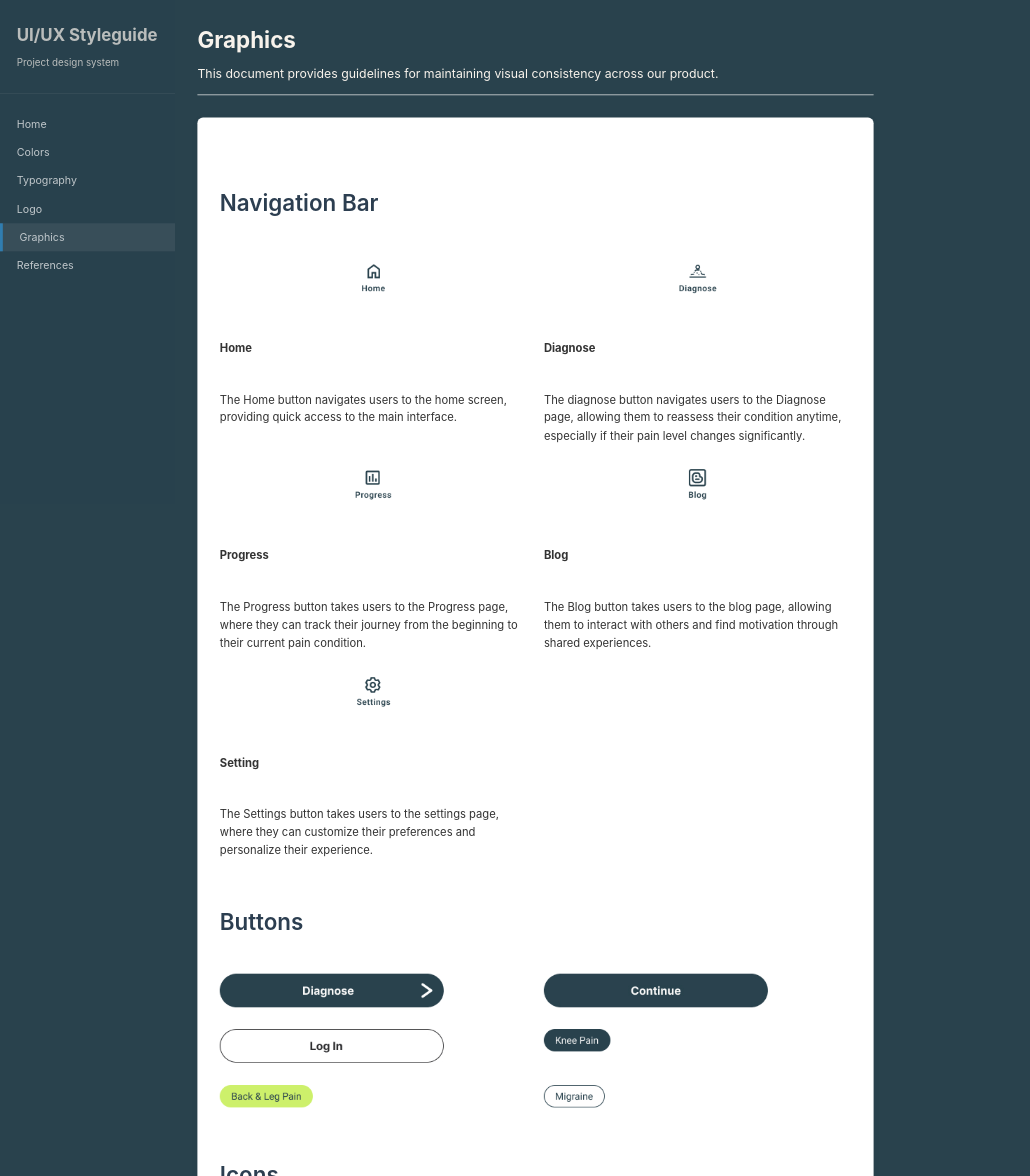
Repository: rosielee09/Heal_U
Page: graphics.html
The author's editor kept a copy of each file at every save. The page is drawn from the files as they stood at one save, then again after the next save.
The browser window is 1280 px wide. The page is 1472 px wide, so the pictures cover 1472 px, including what lies to the right of the window. The pictures show the part of the page from y = 0 to 1680 px (the page is 4807 px tall before and 4879 px after), at 70% of full size.

Above is the page before, as saved 2025-04-06 10:38:38.

### graphics.html
<!DOCTYPE html>
<html lang="en">
<head>
    <meta charset="UTF-8">
    <meta name="viewport" content="width=device-width, initial-scale=1.0">
    <link rel="stylesheet" href="styles.css">
    <title>Heal_U Styleguide</title>
</head>
<body>
    <div class="container">
        <!-- Sidebar Navigation -->
        <div class="sidebar">
            <div class="sidebar-header">
                <h1>UI/UX Styleguide</h1>
                <p>Project design system</p>
            </div>
            <ul class="nav">
                <li ><a href="index.html">Home</a></li>
                <li><a href="colors.html">Colors</a></li>
                <li><a href="typography.html">Typography</a></li>
                <li><a href="logo.html">Logo</a></li>
                <li class="active"><a href="graphics.html">Graphics</a></li>
                <li><a href="references.html">References</a></li>
            </ul>
        </div>

        <!-- Main Content - Home Page -->

        <div class="content">
            <header class="page-header">
                <h2>Graphics</h2>
                <p>This document provides guidelines for maintaining visual consistency across our product.</p>
            </header>


           <!-- SECTION 1: menu bar -->
           <div class="component">
            <div class="component-header">

                <section class="component-section">
                    <h3 class="component-title">Navigation Bar</h3>
                    <div class="graphic-grid">
                        <!-- home -->
                        <div class="graphic-item">
                            <img class="graphic-menu__icon" src="/img/graphic-menu/home.png" alt="home">
                            <div class="graphic-info">
                                <h4 class="graphic-title">Home</h4>
                                <div>The Home button navigates users to the home screen, providing quick access to the main interface.</div>
                            </div>
                        </div>
                        <!-- diagnose -->
                        <div class="graphic-item">
                            <img class="graphic-menu__icon" src="/img/graphic-menu/diagnose.png" alt="diagnose">
                            <div class="graphic-info">
                                <h4 class="graphic-title">Diagnose </h4>
                                <div>The diagnose button navigates users to the Diagnose page, allowing them to reassess their condition anytime, especially if their pain level changes significantly.</div>
                            </div>
                        </div>
                        <!-- Progress -->
                        <div class="graphic-item">
                            <img class="graphic-menu__icon" src="/img/graphic-menu/progress.png" alt="Progress">
                            <div class="graphic-info">
                                <h4 class="graphic-title">Progress </h4>
                                <div>
                                    The Progress button takes users to the Progress page, where they can track their journey from the beginning to their current pain condition.</div>
                            </div>
                        </div>

                        <!-- blog -->
                        <div class="graphic-item">
                            <img class="graphic-menu__icon" src="/img/graphic-menu/blog.png" alt="blog">
                            <div class="graphic-info">
                                <h4 class="graphic-title">Blog </h4>
                                <div>The Blog button takes users to the blog page, allowing them to interact with others and find motivation through shared experiences.</div>
                        </div>
                        </div>

                        <!-- Setting -->
                        <div class="graphic-item">
                            <img class="graphic-menu__icon" src="/img/graphic-menu/setting.png" alt="Setting">
                            <div class="graphic-info">
                                <h4 class="graphic-title">Setting </h4>
                                <div>The Settings button takes users to the settings page, where they can customize their preferences and personalize their experience.</div>

                    </div>
                </div>
            </div>

<!-- button section -->
                <section class="component-section">
                    <h3 class="component-title">Buttons </h3>

                    <div class="graphic-grid">
                          <!-- fill button -->
                        <div class="graphic-item">
                            <img class="graphic-button__icon" src="/img/Appovation - buttons/Button-fill-withIcon.png" alt="fill-icon">
                        </div>
                        <div class="graphic-item">
                            <img class="graphic-button__icon" src="/img/Appovation - buttons/Button-fill.jpg" alt="fill">
                        </div>
                        <div class="graphic-item">
                            <img class="graphic-button__icon" src="/img/Appovation - buttons/Button-outline.jpg" alt="outline">
                        </div>
                        <div class="graphic-item">
                            <img class="graphic-button__icon" src="/img/Appovation - buttons/chips-fill.png" alt="chips">
                        </div>
                        <div class="graphic-item">
                            <img class="graphic-button__icon" src="/img/Appovation - buttons/chips-highlighted.png" alt="chips-highlighted">
                        </div>
                        <div class="graphic-item">
                            <img class="graphic-button__icon" src="/img/Appovation - buttons/chips-outlined.png" alt="chips-outlined">
                        </div>
                    </div>
                </section>

            <section class="component-section">
                <h3 class="component-title">Icons </h3>
                <h4 class="graphic-title">User Setting</h4>
                <div class="graphic-item">
                    <img class="graphic-icons" src="/img/Appovation - icons/user setting icon.png" alt="pain_type_icon">
                </div>

                <h4 class="graphic-title">Type of Pain</h4>
                <div class="graphic-grid__icons">

                    <div class="graphic-item">
                        <img class="graphic-icons" src="/img/Appovation - icons/Icon-stabbing.png" alt="pain_type_icon">
                    </div>
                    <div class="graphic-item">
                        <img class="graphic-icons" src="/img/Appovation - icons/Icon-tingling.png" alt="pain_type_icon">
                    </div>
                    <div class="graphic-item">
                        <img class="graphic-icons" src="/img/Appovation - icons/Icon_Burning.png" alt="pain_type_icon">
                    </div>
                    <div class="graphic-item">
                        <img class="graphic-icons" src="/img/Appovation - icons/Icon_Cramps.png" alt="pain_type_icon">
                    </div>
                    <div class="graphic-item">
                        <img class="graphic-icons" src="/img/Appovation - icons/Icon_dull ache.png" alt="pain_type_icon">
                    </div>
                    <div class="graphic-item">
                        <img class="graphic-icons" src="/img/Appovation - icons/Icon_freezing.png" alt="pain_type_icon">
                    </div>
                    <div class="graphic-item">
                        <img class="graphic-icons" src="/img/Appovation - icons/Icon_Migrane.png" alt="pain_type_icon">
                    </div>
                    <div class="graphic-item">
                        <img class="graphic-icons" src="/img/Appovation - icons/Icon_neuralgia.png" alt="pain_type_icon">
                    </div>
                    <div class="graphic-item">
                        <img class="graphic-icons" src="/img/Appovation - icons/Icon_numbness.png" alt="pain_type_icon">
                    </div>
                    <div class="graphic-item">
                        <img class="graphic-icons" src="/img/Appovation - icons/Icon_thobbing.png" alt="pain_type_icon">
                    </div>

                </div>


                <h4 class="graphic-title">Pain Scale</h4>
                <div class="graphic-grid">

                    <div class="graphic-item">
                        <img class="graphic-icons" src="/img/Appovation - icons/Pain_difference-slider-green.png" alt="pain_scale_icon">
                    </div>
                    <div class="graphic-item">
                        <img class="graphic-icons" src="/img/Appovation - icons/Pain_difference-slider-mild.png" alt="pain_scale_icon">
                    </div>
                    <div class="graphic-item">
                        <img class="graphic-icons" src="/img/Appovation - icons/Pain_difference-slider-middle.png" alt="pain_scale_icon">
                    </div>
                    <div class="graphic-item">
                        <img class="graphic-icons" src="/img/Appovation - icons/Pain_difference-slider-less-severe.png" alt="pain_scale_icon">
                    </div>
                    <div class="graphic-item">
                        <img class="graphic-icons" src="/img/Appovation - icons/Pain_difference-slider-severe.png" alt="pain_scale_icon">
                    </div>
                </div>
                <div class="graphic-item-grid1">
                    <img class="graphic-icons" src="/img/Appovation - icons/progress pain scale.png" alt="pain_scale_icon">
                </div>

        </section>

        <section class="component-section">
            <h3 class="component-title">Illustrations</h3>

            <div class="graphic-grid-illustrations">
                  <!-- fill button -->
                <div class="graphic-item-illustrations">
                    <img class="graphic-illustrations" src="/img/Appovation - illustration set/5214865 1.png" >
                </div>
                <div class="graphic-item-illustrations">
                    <img class="graphic-illustrations" src="/img/Appovation - illustration set/AdobeStock_593962329 1.png">
                </div>
                <div class="graphic-item-illustrations">
                    <img class="graphic-illustrations" src="/img/Appovation - illustration set/exercise 2.png" >
                </div>
                <div class="graphic-item-illustrations">
                    <img class="graphic-illustrations" src="/img/Appovation - illustration set/Group 103.png" >
                </div>
                <div class="graphic-item-illustrations">
                    <img class="graphic-illustrations" src="/img/Appovation - illustration set/Group 84.png" >
                </div>
                <div class="graphic-item-illustrations">
                    <img class="graphic-illustrations" src="/img/Appovation - illustration set/Group 98.png" >
                </div>
            </div>
        </section>

        <section class="component-section">
            <h3 class="component-title">Images for Contents</h3>

            <div class="graphic-grid-images">
                <div class="graphic-item">
                    <img class="graphic-icons" src="/img/Appovation - images for contents/unsplash_GbomLmruCM8.png " alt="pain_type_icon">
                </div>
                <div class="graphic-item">
                    <img class="graphic-icons" src="/img/Appovation - images for contents/unsplash_gJtDg6WfMlQ.png" alt="pain_type_icon">
                </div>
                <div class="graphic-item">
                    <img class="graphic-icons" src="/img/Appovation - images for contents/unsplash_kFCdfLbu6zA.png" alt="pain_type_icon">
                </div>
                <div class="graphic-item">
                    <img height="200px" class="graphic-icons" src="/img/Appovation - images for contents/unsplash_PJ8C7JCqK0o-1.png" alt="pain_type_icon">
                </div>
                <div class="graphic-item">
                    <img height="200px" class="graphic-icons" src="/img/Appovation - images for contents/unsplash_PJ8C7JCqK0o.png" alt="pain_type_icon">
                </div>
        </section>

        <section class="component-section">
            <h3 class="component-title">Screens</h3>

            <div class="graphic-grid-images">
                <div class="graphic-item">
                    <img class="graphic-icons" src="/img/Appovation - screens/screen-dailypopup.png " alt="pain_type_icon">
                </div>
                <div class="graphic-item">
                    <img class="graphic-icons" src="/img/Appovation - screens/screen-survey.png" alt="pain_type_icon">
                </div>
                <div class="graphic-item">
                    <img class="graphic-icons" src="/img/Appovation - screens/screen-watchingtutorial.png" alt="pain_type_icon">
                </div>

        </section>


</body>
<script src="script.js"></script>
</html>

### styles.css
* {
    margin: 0;
    padding: 0;
    box-sizing: border-box;
}

body {
    font-family: 'Inter', -apple-system, BlinkMacSystemFont, 'Segoe UI', Roboto, Oxygen, Ubuntu, Cantarell, sans-serif;
    line-height: 1.6;
    color: #333;
    background: #29424D;

    margin: 0;
    padding: 0;
    width: 100vw;
    height: 100vh;


}

/* Layout */
.container {
    display: flex;
    min-height: 100vh;
}

/* Sidebar Navigation */
.sidebar {
    width: 250px;
    background-color: #29424D;
    color: #F8F3EC;
    padding: 2rem 0;
    position: fixed;
    height: 100vh;
    overflow-y: hidden;
    opacity: 0.7;
}


.sidebar-header {
    padding: 0 1.5rem 2rem;
    border-bottom: 1px solid rgba(255, 255, 255, 0.1);
}

.sidebar-header h1 {
    font-size: 1.5rem;
    font-weight: 700;
    margin-bottom: 0.5rem;
}

.sidebar-header p {
    font-size: 0.875rem;
    opacity: 1;
}

.nav {
    list-style: none;
    padding: 1.5rem 0;
}

.nav li {
    padding: 0.5rem 1.5rem;
}

.nav li.active {
    background-color: rgba(255, 255, 255, 0.1);
    border-left: 4px solid #3498db;
}

.nav a {
    color: #fff;
    text-decoration: none;
    display: block;
    font-size: 0.95rem;
    transition: all 0.2s;
}

.nav a:hover {
    opacity: 1;
}

/* Logo in Navbar */
/* Logo styling */
.logo {
    display: flex;
    align-items: left;
    gap: 10px;  /* Space between logo image and text */
    /* padding: 0 1.5rem;  Match your sidebar padding */
}

.logo img {
    width: 40px;
    height: auto;
}

.logo p {
    color: #F8F3EC;  /* Match your sidebar text color */
    font-weight: 700;
    font-size: 1.5rem;
    margin: 0;  /* Remove default paragraph margin */
    margin-bottom: 0.5rem;
}

/* Home page animation */
.body-homepage{
    overflow: hidden;
    position: relative;
    display: flex;
    align-items: center;
}
.animation--title {
    text-align: right;
    display: flex;
    flex-direction: column;
    justify-content: flex-end;
    margin-left: 45rem; /* Push to the right side */
    margin-right: 5%; /* Keep some space from the edge */
    width: 50%;
  }

  .animation--title-head {

    color: #F8F3EC;
    font-size: 8rem;
    line-height: 1.2;
    font-weight: bold;
    letter-spacing: 2px;
    font-family: 'Roboto', sans-serif;
    text-transform: uppercase;

  }

  .animation--title-subhead {
    color: #F8F3EC;
    font-size: 1.7rem;
    line-height: 1.5;
    font-family: 'Roboto', sans-serif;
    font-style: italic;
    margin-top: 2rem;
    margin-bottom: 2rem;
  }

  .animation--title-member {
    color: #F8F3EC;
    font-size: 1.4rem;
    line-height: 1.4;
    font-family: 'Roboto', sans-serif;

  }



  .blob {
    position: absolute;
    top: 0;
    left: 0;
    fill: #CFC4F4;
    width: 50vmax;
    z-index: -1;
    animation: move 10s ease-in-out infinite;
    transform-origin: 50% 50%;
  }

  @keyframes move {
    0%   { transform: scale(1)   translate(10px, -30px); }
    38%  { transform: scale(0.8, 1) translate(80vw, 30vh) rotate(160deg); }
    40%  { transform: scale(0.8, 1) translate(80vw, 30vh) rotate(160deg); }
    78%  { transform: scale(1.3) translate(0vw, 50vh) rotate(-20deg); }
    80%  { transform: scale(1.3) translate(0vw, 50vh) rotate(-20deg); }
    100% { transform: scale(1)   translate(10px, -30px); }
  }




/* Main Content */
.content {
    flex: 1;
    padding: 2rem;
    margin-left: 250px;
    max-width: calc(100% - 250px);
}

.page-header {
    margin-bottom: 2rem;
    padding-bottom: 1rem;
    border-bottom: 1px solid #eee;
}

.page-header h2 {
    font-size: 2rem;
    font-weight: 700;
    color: #F8F3EC;
    margin-bottom: 0.5rem;
}

.page-header p {
    color: #F8F3EC;
    font-size: 1.1rem;
}

/* Components Common Styles */
.component {
    background-color: #fff;
    border-radius: 8px;
    box-shadow: 0 2px 10px rgba(0, 0, 0, 0.05);
    padding: 2rem;
    margin-bottom: 2rem;
}

.component-section{
    margin-top: 3rem;
}

.component-header {
    margin-top: 1.5rem;
    margin-bottom: 1.5rem;
}

.component-title {
    font-size: 2rem;
    font-weight: 600;
    margin-top: 4rem;
    margin-bottom: 3rem;
    color: #2c3e50;
}

.component-description {
    color: #7f8c8d;
}


    /* Color Styles */
.color-grid {
    display: grid;
    grid-template-columns: repeat(auto-fill, minmax(300px, 1fr));
    gap: 1.5rem;
}

.color-grid__onlycolor {
    display: grid;
    grid-template-columns: repeat(auto-fill, minmax(300px, 2fr));
    gap: 1.5rem;
    align-items: center;
}

.color-grid__Accessiblilliy {
    display: grid;
    grid-template-columns: repeat(auto-fit, minmax(clamp(300px, 50%, 400px), 1fr));
    gap: 1.5rem;
}

.color-item {
    border-radius: 6px;
    overflow: hidden;
    box-shadow: 0 2px 5px rgba(0, 0, 0, 0.1);
}

.color-preview {
    height: 120px;
}

.color-info {
    padding: 1rem;
    background-color: #fff;
}

.color-name {
    font-weight: 600;
    margin-bottom: 0.25rem;
}

.color-value {
    font-family: monospace;
    color: #7f8c8d;
    font-size: 0.85rem;
}

.color__primary--preview{
    background-color: #29424D;
}

.color__secondary--preview{
    background-color: #CFC4F4;
}

.color__tertiary--preview {
    background-color: #F8F3EC;
}

.color__accent--preview{
    background-color: #CDF06B;
}

.color__success--preview{
    background-color: #138636;
}

.color__error--preview{
    background-color: #C32D2D;
}

.color__warning--preview{
    background-color: #FFBD11;
}

.color__info--preview{
    background-color: #4976BA;
}

.color__background--preview{
    background-color: #fff;
}

.color__text--preview{
    background-color: #2E2E30;
}

.color-accessiblillity-img {
    width: 100%;
    height: 70%;
}

.color-example-img{
    align-items: center;
}


/* Graphics */
.graphic-grid {
    display: grid;
    grid-template-columns: repeat(auto-fill, minmax(300px, 2fr));
    gap: 1.5rem;

}

/* section__icons */
.graphic-grid__icons{
    display: grid;
    grid-template-columns: repeat(5, 1fr);
    gap: 1.5rem;
}

.graphic-item{
   justify-items: center;

}


.graphic-menu__icon{
    margin: 10px;
}
.graphic-title{
    margin-top: 3rem;
    margin-bottom: 3rem;
}

.graphic-item-grid1{
    margin-top: 3rem;
}


/* section illustrations */
.graphic-grid-illustrations,
.graphic-grid-images{
    display: grid;
    grid-template-columns: repeat(3, 1fr);
    gap: 1.5rem;
}
.graphic-item-illustrations,
.graphic-illustrations{
    max-width: 200px;
    max-height: 200px;
}
.graphic-icons{
    border-radius: 20px;
}

/* Typography */

/* Import Roboto font with multiple weights */
@import url('https://fonts.googleapis.com/css2?family=Roboto:wght@400;500;700&display=swap');

.component-title-typography{
    color: #F8F3EC;
}

/* Table styling */
table {
  width: 100%;
  border-collapse: collapse;
  font-family: 'Roboto', sans-serif;
  margin: 2rem 0;
}

th {
  background-color: #f8f9fa;
  color: #212529;
  padding: 12px 16px;
  text-align: left;
  font-weight: 500;
  border-bottom: 2px solid #dee2e6;

}

td {
  padding: 16px;
  border-bottom: 1px solid #e9ecef;
  vertical-align: top;
}

/* Remove default list styling */
td li {
  list-style: none;
  margin: 4px 0;
  padding-left: 0;
}



.content-image {
  margin: auto;
  display: block;
  padding: 1rem;
}

.center {
  text-align: center;
}



.typography-item {
    margin-bottom: 2rem;
}


.heading1 {
  font-family: 'Roboto', sans-serif;
  font-size: 40px;
  line-height: 48px;
  font-weight: 700;
  color: #212529;

}

.heading2 {
  font-family: 'Roboto', sans-serif;
  font-size: 32px;
  line-height: 40px;
  font-weight: 700;
  color: #212529;
}

.section-header {
  font-family: 'Roboto', sans-serif;
  font-size: 24px;
  line-height: 32px;
  font-weight: 700;
  color: #212529;
}

.sub-header {
  font-family: 'Roboto', sans-serif;
  font-size: 20px;
  line-height: 28px;
  font-weight: 700;
  color: #212529;
}

.body-bold {
  font-family: 'Roboto', sans-serif;
  font-size: 16px;
  line-height: 24px;
  font-weight: 700;
  color: #212529;
}


.body {
  font-family: 'Roboto', sans-serif;
  font-size: 16px;
  line-height: 24px;
  font-weight: 400;
  color: #212529;
}

.small {
  font-family: 'Roboto', sans-serif;
  font-size: 14px;
  line-height: 20px;
  font-weight: 400;
  color: #212529;
}

.small-italic {
  font-family: 'Roboto', sans-serif;
  font-style: italic;
  font-size: 14px;
  line-height: 20px;
  font-weight: 400;
  color: #212529;
}

.tiny-bold {
  font-family: 'Roboto', sans-serif;
  font-size: 12px;
  line-height: 18px;
  font-weight: 700;
  color: #212529;
}

.tiny {
  font-family: 'Roboto', sans-serif;
  font-size: 12px;
  line-height: 18px;
  font-weight: 400;
  color: #212529;
}

.mini {
  font-family: 'Roboto', sans-serif;
  font-size: 8px;
  line-height: 12px;
  font-weight: 400;
  color: #212529;
  letter-spacing: 0.5px;
}

/* Add zebra striping for better readability */
tbody tr:nth-child(odd) {
  background-color: #f8f9fa;
}

Loaded but not shown: script.js (no stored copy; drawn as an empty file)

After the next save:
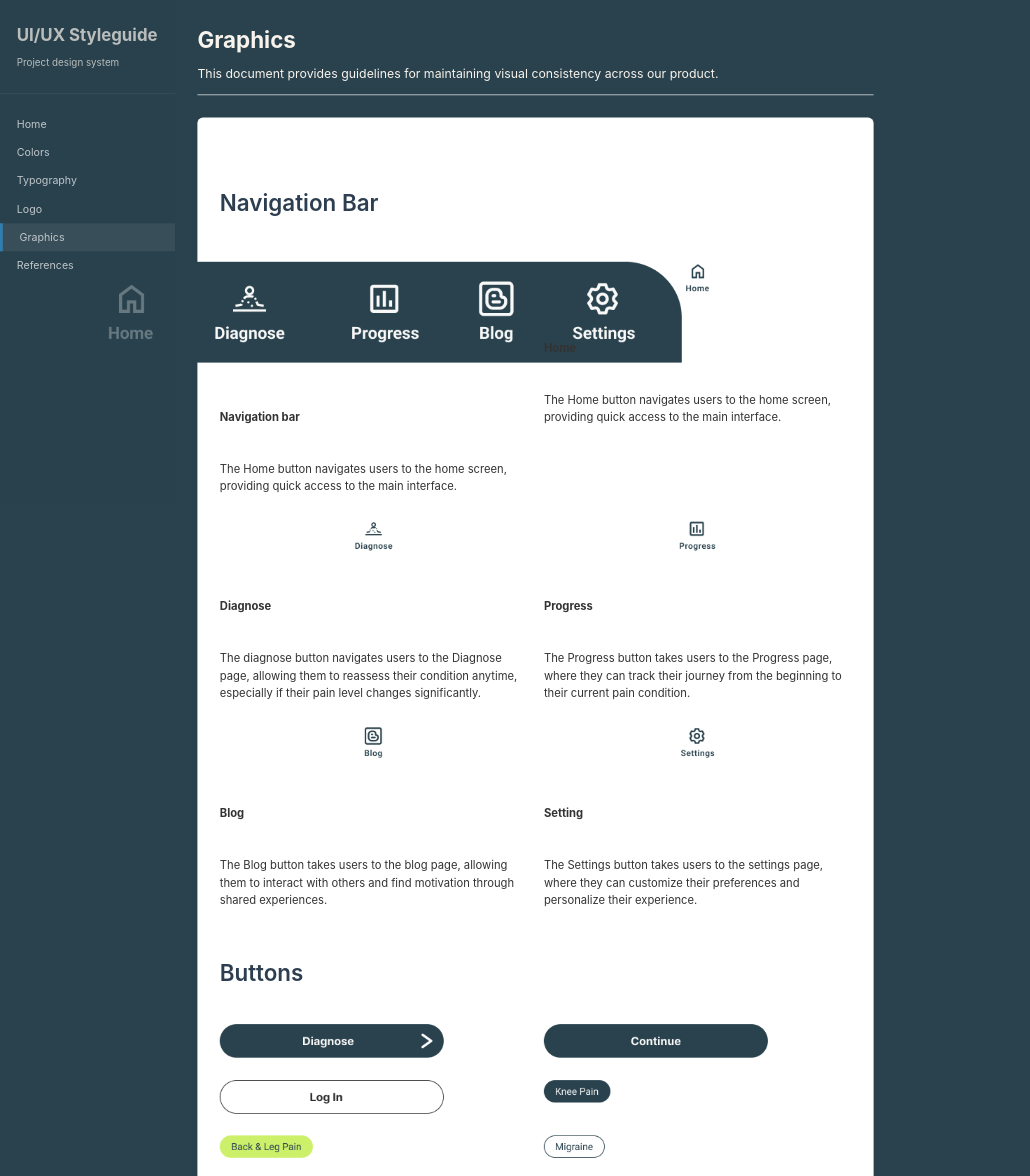
Saved 9 s later.
--- a/graphics.html
+++ b/graphics.html
@@ -40,6 +40,16 @@
                 <section class="component-section">
                     <h3 class="component-title">Navigation Bar</h3>
                     <div class="graphic-grid">
+
+
+                        <!-- navbar -->
+                        <div class="graphic-item">
+                            <img class="graphic-menu__icon" src="/img/graphic-menu/navbar.png" alt="navbar">
+                            <div class="graphic-info">
+                                <h4 class="graphic-title">Navigation bar</h4>
+                                <div>The Home button navigates users to the home screen, providing quick access to the main interface.</div>
+                            </div>
+                        </div>
                         <!-- home -->
                         <div class="graphic-item">
                             <img class="graphic-menu__icon" src="/img/graphic-menu/home.png" alt="home">
